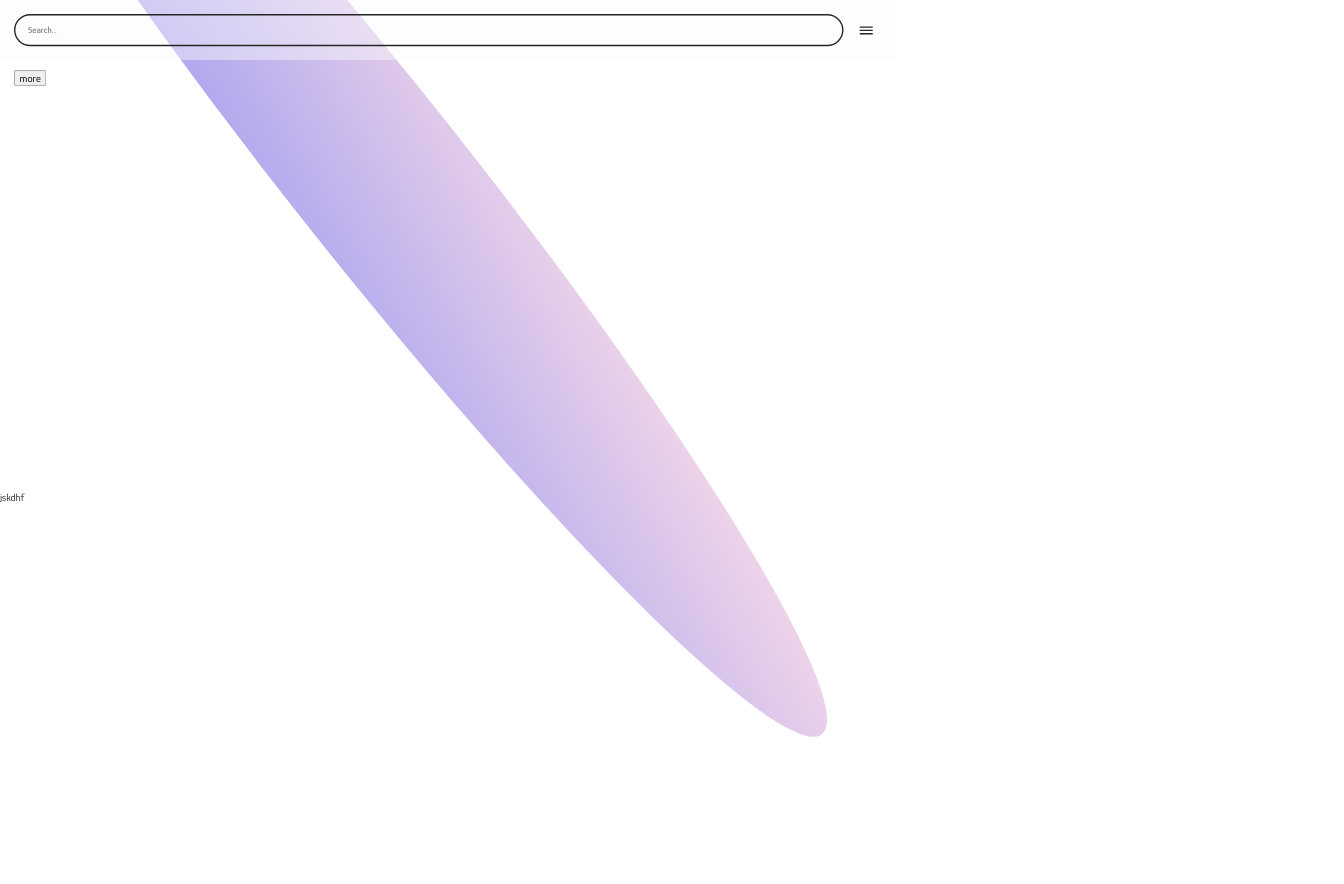
Repository: Axeliriya/my-test
Page: /
These files come from the project's save history. The page is drawn as it stood at one moment and after the next save; the edit follows.
The browser window is 1280 px wide. The page is 1280 px wide, then 2338 px, so the pictures cover 1920 px, including what lies to the right of the window. The pictures show the part of the page from y = 0 to 1280 px (the page is 1263 px tall before and 4199 px after), at 70% of full size.
The page's requests for data from a server got no answer. The project was rebuilt for these pictures with package versions that can differ from the ones it lists, and the page was loaded fresh each time. No one was signed in, and anything a server would have sent is missing. Also part of the build but not shown: src/components/ProductList/ProductList.tsx, src/components/ProductItem/ProductItem.tsx.

Above is the page before, as saved 2022-04-05 15:44:21.

### public/index.html
<!DOCTYPE html>
<html lang="en">
  <head>
    <meta charset="utf-8" />
    <link rel="icon" href="%PUBLIC_URL%/favicon.ico" />
    <meta name="viewport" content="width=device-width, initial-scale=1" />
    <meta name="theme-color" content="#9796F0" />
    <title>React App</title>
  </head>
  <body>
    <div id="root"></div>
  </body>
</html>

### src/index.tsx
import { createRoot } from 'react-dom/client';
import { App } from './components';
import './assets/styles/main.scss';

const root = createRoot(document.getElementById('root') as HTMLDivElement);
root.render(<App />);

### src/components/index.ts
export * from './App/App';
export * from './Layout/Layout';
export * from './Header/Header';
export * from './Button/Button';
export * from './Input/Input';
export * from './ProductList/ProductList';
export * from './ProductItem/ProductItem';
export * from './Main/Main';

### src/assets/styles/main.scss
@import './base/normalize';
@import './base/fonts';
@import './utils/variables';
@import './utils/mixins';
@import './utils/placeholder';
@import './base/body';

### src/components/App/App.tsx
import { useEffect, useState } from 'react';
import { Layout, ProductList } from '..';
import { ProductModel } from '../../interfaces/product.interface';
import { getProducts } from '../../services/api-service';
import styles from './App.module.scss';
// import { AppProps } from './App.props';

export const App = (): JSX.Element => {
  return (
    <div className={styles.app}>
      <Layout />
    </div>
  );
};

### src/components/Layout/Layout.tsx
import { Header, Input, Main } from '..';
import styles from './Layout.module.scss';
import { LayoutProps } from './Layout.props';

export const Layout = ({ children }: LayoutProps): JSX.Element => {
  return (
    <div className={styles.layout}>
      <Header>
        <Input placeholder="Search..." />
      </Header>
      <Main />
      <footer className={styles.main}>jskdhf</footer>
    </div>
  );
};

### src/components/Header/Header.tsx
/* eslint-disable no-constant-condition */
import styles from './Header.module.scss';
import { HeaderProps } from './Header.props';
import { ReactComponent as Burger } from './burger.svg';
import { ReactComponent as Search } from './search.svg';
import { Button } from '..';

export const Header = ({ children, ...props }: HeaderProps): JSX.Element => {
  return (
    <header className={styles.header} {...props}>
      <div className={styles.wrapper}>
        {false ? (
          <>
            <a className={styles.logo} href="/">
              Сlothes
            </a>
            <Button>
              <Search />
            </Button>
          </>
        ) : (
          <div className={styles.input}>{children}</div>
        )}
      </div>
      <Button>
        <Burger />
      </Button>
    </header>
  );
};

### src/components/Button/Button.tsx
import styles from './Button.module.scss';
import { ButtonProps } from './Button.props';
import cn from 'classnames';

export const Button = ({
  appearance,
  children,
  className,
  ...props
}: ButtonProps) => {
  return (
    <button
      className={cn(styles.button, className, {
        [styles.primary]: appearance === 'primary',
        [styles.green]: appearance === 'green',
        [styles.ghost]: appearance === 'ghost',
      })}
      {...props}
    >
      {children}
    </button>
  );
};

### src/components/Input/Input.tsx
import styles from './Input.module.scss';
import { InputProps } from './Input.props';
import cn from 'classnames';

export const Input = ({ className, ...props }: InputProps): JSX.Element => {
  return <input className={cn(styles.input, className)} {...props} />;
};

### src/components/Main/Main.tsx
import { useEffect, useState } from 'react';
import { ProductList } from '..';
import { ProductModel } from '../../interfaces/product.interface';
import { getProducts } from '../../services/api-service';
import styles from './Main.module.scss';

export const Main = (): JSX.Element => {
  const [products, setProducts] = useState<ProductModel[]>();
  const [fullList, setFullist] = useState<ProductModel[]>();
  const [page, setPage] = useState<number>(1);

  useEffect(() => {
    const fetch = async () => {
      const { data } = await getProducts();
      setFullist(data?.data?.products);

      const productList = getListByPage(page, data?.data?.products);

      setProducts(productList);
    };
    fetch();
  }, [page]);

  function getListByPage(pageNumber: number, fullList: ProductModel[]) {
    if (pageNumber < 1) return [];

    const itemsPerPage = 10;
    const start = (pageNumber - 1) * itemsPerPage;
    const end = start + itemsPerPage;
    return fullList.slice(start, end);
  }

  const onClickPage = (nextPage: number) => {
    setPage((nextPage += 1));
    fullList && getListByPage(page, fullList);
  };
  return (
    <main className={styles.main}>
      {products && <ProductList products={products} />}
      {/* <ul>
    {products?.map(product => (
      <li key={product.name}>{product.name}</li>
    ))}
  </ul> */}
      <button onClick={() => onClickPage(page)}>more</button>
      <div className={styles.bg} />
    </main>
  );
};

### src/assets/styles/base/_fonts.scss
@font-face {
  font-family: 'Glory';
  font-style: normal;
  font-weight: 400;
  src: url('../../fonts/glory-regular.woff2') format('woff2'),
    url('../../fonts/glory-regular.ttf') format('ttf');
}

@font-face {
  font-family: 'Glory';
  font-style: normal;
  font-weight: 500;
  src: url('../../fonts/glory-medium.woff2') format('woff2'),
    url('../../fonts/glory-medium.ttf') format('ttf');
}

@font-face {
  font-family: 'Glory';
  font-style: normal;
  font-weight: 600;
  src: url('../../fonts/glory-semibold.woff2') format('woff2'),
    url('../../fonts/glory-semibold.ttf') format('ttf');
}

@font-face {
  font-family: 'Glory';
  font-style: normal;
  font-weight: 700;
  src: url('../../fonts/glory-bold.woff2') format('woff2'),
    url('../../fonts/glory-bold.ttf') format('ttf');
}

### src/assets/styles/utils/_variables.scss
$primary-color: #ffffff;
$primary-text-color: #272525;
$alternate-bg-color: #eef1f6;
$secondery-text-color: #454747;
$secondery-color: #3c336c;
$accent-color: #309f85;
$light-color: #c4c4c4;
$main-gradient: linear-gradient(38.95deg, #9796f0 -10.38%, #ffe0e8 107.56%);

$cubic: 250ms cubic-bezier(0.4, 0, 0.2, 1);

$font: Glory, sans-serif;

### src/assets/styles/utils/_mixins.scss
@mixin font($weight, $size, $line-height: 1.3, $family: $font) {
  font-family: $family;
  font-weight: $weight;
  font-size: $size;
  line-height: $line-height;
}

### src/assets/styles/utils/_placeholder.scss
%link {
  text-decoration: none;
}

%list {
  list-style: none;
  margin: 0;
  padding: 0;
}

%input {
  @include font(500, 13px, 1.4);
  padding: 12px 18px;
  background: transparent;
  color: $primary-text-color;
  border: 2px solid $primary-text-color;
  border-radius: 50px;
}

%btn-icon {
  padding: 10px;
  background-color: transparent;
  border: 1px solid transparent;
  border-radius: 5px;
  cursor: pointer;
  transition: all $cubic;
}

%btn {
  @include font(500, 13px, 1.4);
  color: $primary-color;
  padding: 12px 18px;
  border-radius: 50px;
}

### src/assets/styles/base/_body.scss
img {
  display: block;
  width: 100%;
  height: auto;
}

body {
  margin: 0;
  background-color: $primary-color;
  color: $primary-text-color;
  @include font(400, 15px);
}

code {
  font-family: source-code-pro, Menlo, Monaco, Consolas, 'Courier New',
    monospace;
}

### src/components/App/App.module.scss
// .app {
//   min-height: 100vh;
//   display: grid;
//   grid-template-rows: 1fr;
// }

@media screen and (min-width: 520px) {
  .app {
    grid-template-columns: auto 1fr auto;
  }
}

@media screen and (min-width: 682px) {
  .app {
    grid-template-columns: auto 665px auto;
  }
}

### src/components/Layout/Layout.module.scss
.layout {
  display: grid;
  grid-template-columns: auto 1fr auto;
  grid-template-rows: 1fr auto;
  min-height: 100vh;
}

.footer {
  grid-column: 1 / -1;
}

@media screen and (min-width: 520px) {
  .app {
    grid-template-columns: auto 1fr auto;
  }
}

@media screen and (min-width: 682px) {
  .app {
    grid-template-columns: auto 665px auto;
  }
}

### src/components/Header/Header.module.scss
@import '../../assets/styles/main.scss';

.header {
  position: fixed;
  width: 100%;
  display: flex;
  justify-content: space-between;
  align-items: center;
  background: rgba(250, 251, 253, 0.44);
  padding: 20px;
}

.wrapper {
  width: 100%;
  display: flex;
  justify-content: space-between;
  align-items: center;
  margin-right: 10px;
}

.logo {
  @extend %link;
  font-weight: 700;
  font-size: 36px;
  line-height: 105.5%;
  color: $primary-text-color;
  &:hover {
    color: $secondery-text-color;
  }
}

.input {
  width: 100%;
}

// @media screen and (min-width: 520px) {
//   .app {
//     grid-template-columns: auto 1fr auto;
//   }
// }

// @media screen and (min-width: 682px) {
//   .app {
//     grid-template-columns: auto 665px auto;
//   }
// }

### src/components/Button/Button.module.scss
@import '../../assets/styles/main.scss';

.button {
  @extend %btn-icon;
}

.button svg {
  display: block;
  width: 100%;
  height: auto;
}

.primary,
.green,
.ghost {
  @extend %btn;
  background-color: $secondery-color;
  &:hover {
    padding: 14px 20px;
    box-shadow: 0px 20px 50px rgba(0, 0, 0, 0.1);
    border-radius: 55px;
  }
}

.green {
  background-color: $accent-color;
}

.ghost {
  background-color: $light-color;
}

### src/components/Input/Input.module.scss
@import '../../assets/styles/main.scss';

.input {
  width: 100%;
  @extend %input;
  &:focus {
    border: 1px solid $primary-text-color;
  }
}

### src/components/ProductList/ProductList.module.scss
@import '../../assets/styles/main.scss';

.users {
  display: grid;
  gap: 12px;

  @extend %list;
}

### src/services/api-service.ts
import axios from 'axios';

axios.defaults.baseURL = `https://artisant.io/api`;

export const getProducts = async () => {
  return await axios.get(`/products`);
};

### src/components/Main/Main.module.scss
@import '../../assets/styles/main.scss';

.main {
  padding: 100px 20px 20px 20px;
  grid-column: 1 / -1;
}

.bg {
  position: absolute;
  top: 0;
  left: -100px;
  z-index: -1;
  width: 100%;
  height: 500px;
  background: $main-gradient;
  transform: skew(10deg, 50deg);
  border-radius: 50%;
  overflow: hidden;
}

@media screen and (min-width: 520px) {
  // .main {
  //   grid-template-columns: auto 1fr;
  //   grid-template-rows: 1fr;
  //   grid-column: 2 / 3;
  // }
}

Loaded but not shown: src/assets/styles/base/_normalize.scss (common file)

After the next save:
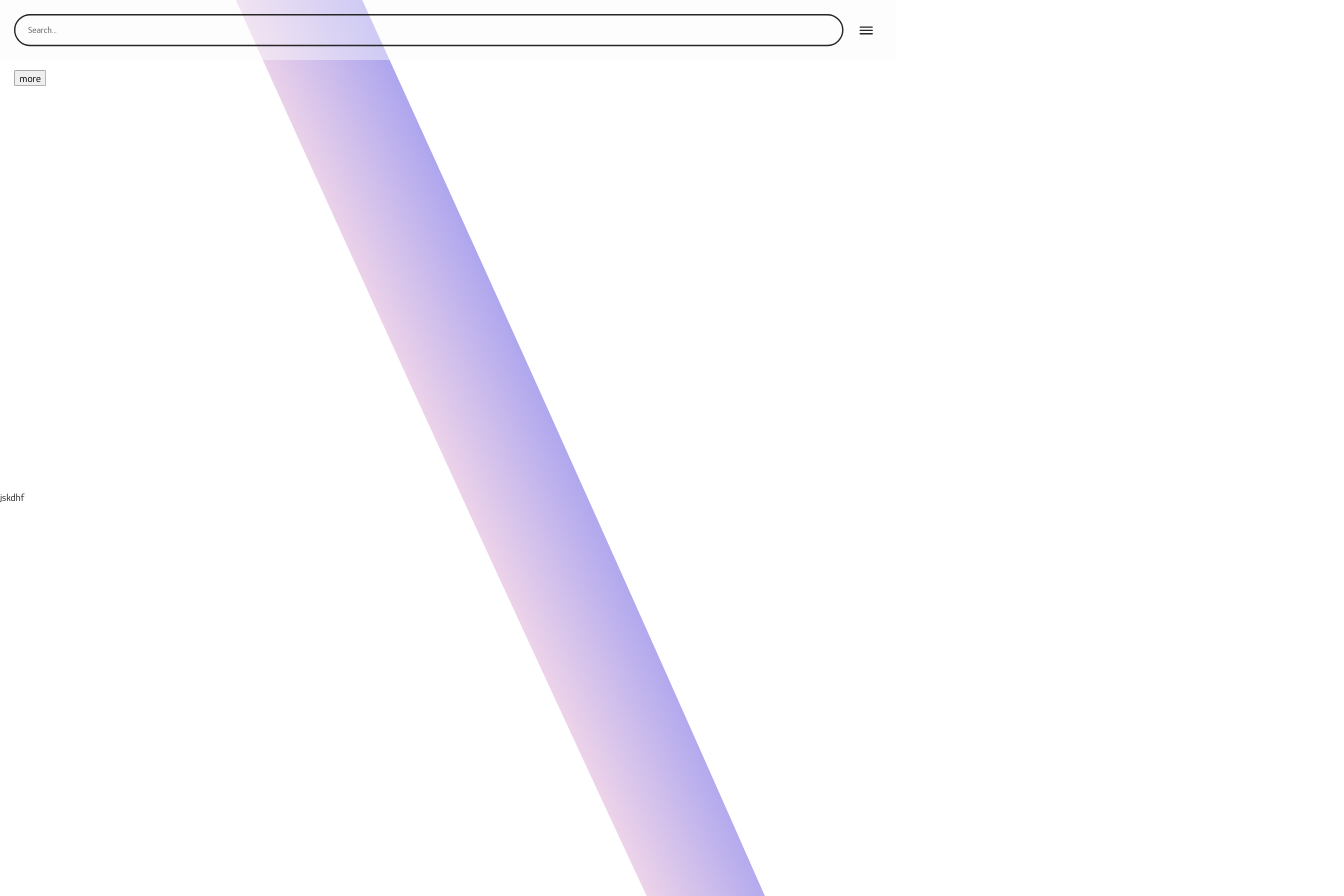
Saved 51 s later.
--- a/src/components/Main/Main.module.scss
+++ b/src/components/Main/Main.module.scss
@@ -13,7 +13,7 @@
   width: 100%;
   height: 500px;
   background: $main-gradient;
-  transform: skew(10deg, 50deg);
+  transform: skew(10deg, 50deg) matrix(1, 2, 3, 4, 5, 6);
   border-radius: 50%;
   overflow: hidden;
 }
